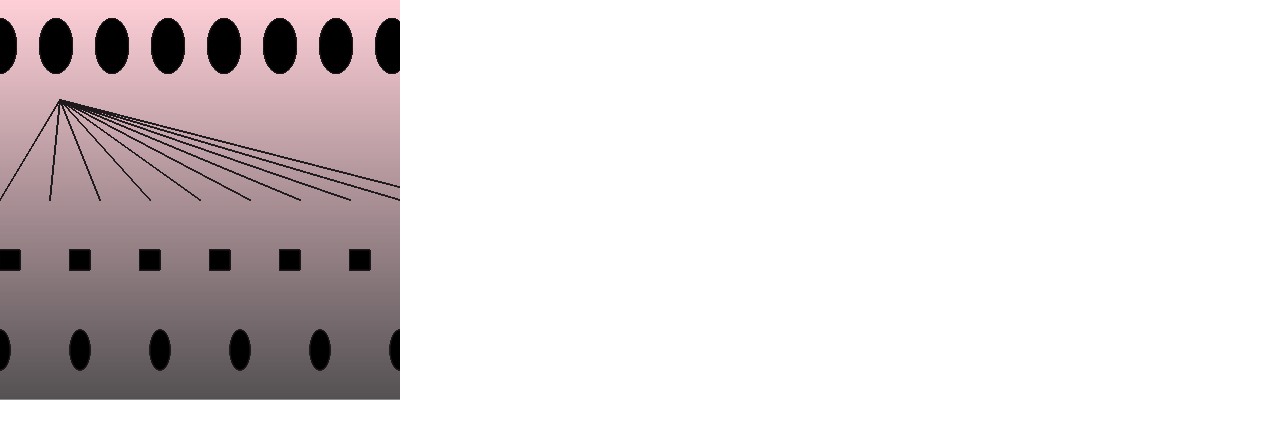
Repository: patriciqa/GenComp
Page: content/day01/03/index.html
The author's editor kept a copy of each file at every save. The page is drawn from the files as they stood at one save, then again after the next save.
The browser window is 1280 px wide. The pictures show the whole page.

Above is the page before, as saved 2021-09-29 15:09:53.

### content/day01/03/sketch.js
function setup() {
  createCanvas(400, 400);
  c1 = color('pink');
  c2 = color(28, 24, 27);
  setGradient(c1, c2);
}

function draw() {

for(let i = 0; i <10; i++) {
  fill('black')
  ellipse(56*i, 46, 33, 55);
  line(50*i, 200, 60,   100);
  rect(70*i, 250, 20,   20);
  ellipse(80*i, 350, 20,   40);

}





}

function setGradient(c1, c2) {
  noFill();
  for (var y = 0; y < height; y++) {
    var inter = map(y, 0, height, 0, 1);
    var c = lerpColor(c1, c2, inter);
    stroke(c);
    line(0, y, width, y);
  }
}

Loaded but not shown: content/day01/03/index.html (common file); content/day01/03/style.css (common file); content/day01/03/libraries/p5.min.js (library); content/day01/03/libraries/p5.sound.min.js (library)

After the next save:
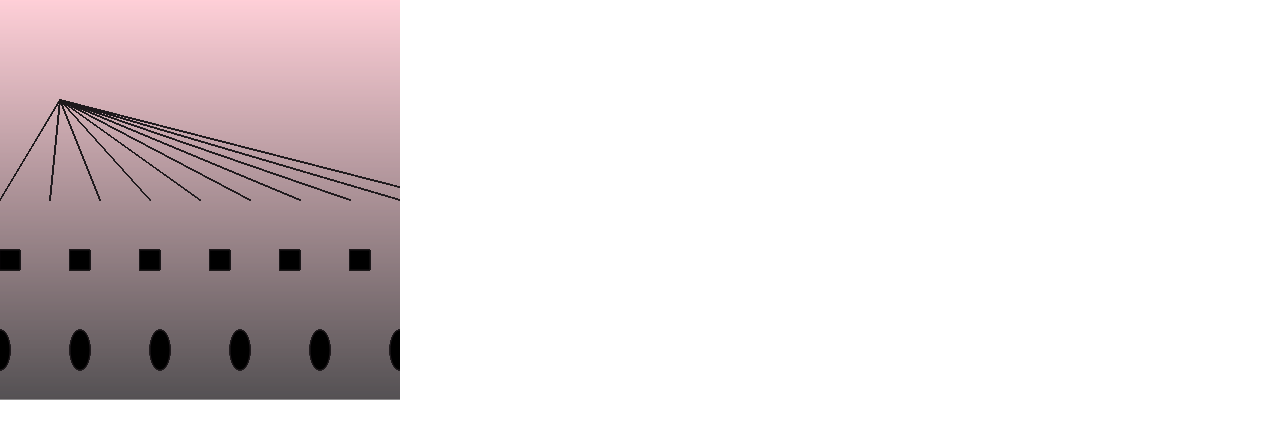
Saved 5 s later.
--- a/content/day01/03/sketch.js
+++ b/content/day01/03/sketch.js
@@ -9,7 +9,7 @@ function draw() {
 
 for(let i = 0; i <10; i++) {
   fill('black')
-  ellipse(56*i, 46, 33, 55);
+  ellipse(56*i, 46);
   line(50*i, 200, 60,   100);
   rect(70*i, 250, 20,   20);
   ellipse(80*i, 350, 20,   40);
